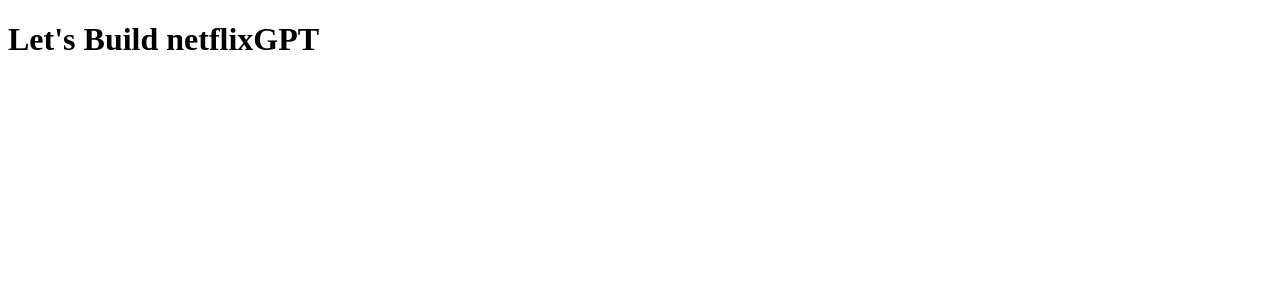
Repository: malli68/netflix-gpt
Page: /
The author's editor kept a copy of each file at every save. The page is drawn from the files as they stood at one save, then again after the next save.
The browser window is 1280 px wide. The pictures show the whole page.
The project was rebuilt for these pictures with package versions that can differ from the ones it lists, and the page was loaded fresh each time. Also part of the build but not shown: src/index.css, src/App.css.

Above is the page before, as saved 2024-01-05 10:00:28.

### src/App.js
import './App.css';

function App() {
  return (
    <div className="App">
     <h1>Let's Build netflixGPT</h1>
    </div>
  );
}

export default App;

Loaded but not shown: public/index.html (common file); src/index.js (common file); src/reportWebVitals.js (common file)

After the next save:
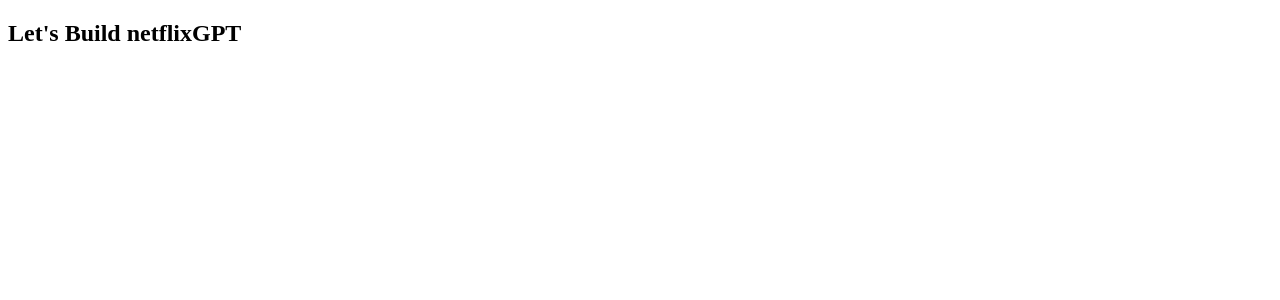
Saved 30 s later.
--- a/src/App.js
+++ b/src/App.js
@@ -3,7 +3,7 @@
 function App() {
   return (
     <div className="App">
-     <h1>Let's Build netflixGPT</h1>
+     <h2>Let's Build netflixGPT</h2>
     </div>
   );
 }
